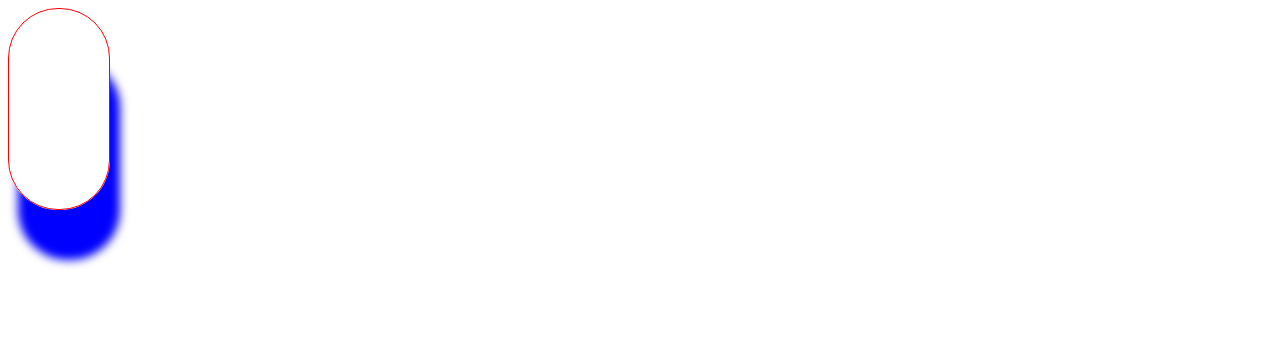
Repository: XiaoSheng-hub/vue_study
Page: css基础/Demo09.html
These files come from the project's save history. The page is drawn as it stood at one moment and after the next save; the edit follows.
The browser window is 1280 px wide. The pictures show the whole page.

Above is the page before, as saved 2022-03-29 13:37:00.

After the next save:
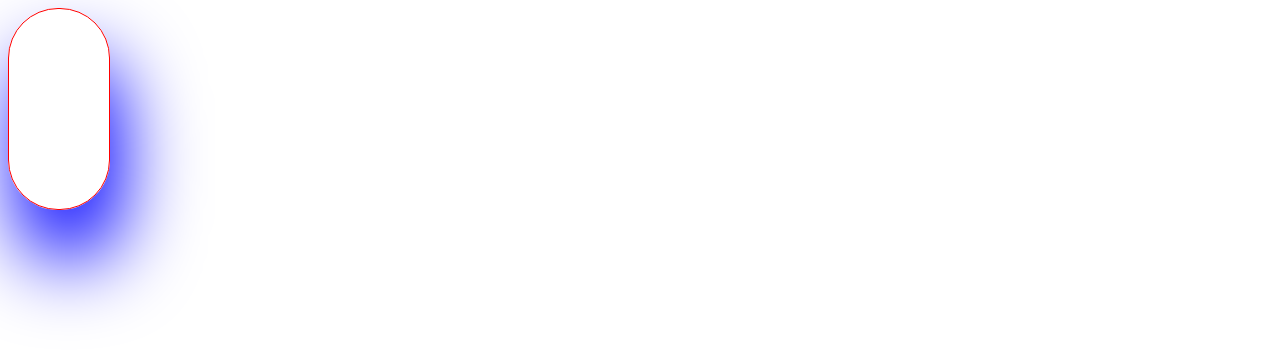
Saved 7 s later.
--- a/css基础/Demo09.html
+++ b/css基础/Demo09.html
@@ -11,7 +11,7 @@
             height: 200px;
             border: 1px solid red;
             border-radius: 50px;
-            box-shadow: 10px 50px 10px blue;
+            box-shadow: 10px 50px 80px blue;
         }
     </style>
 </head>
